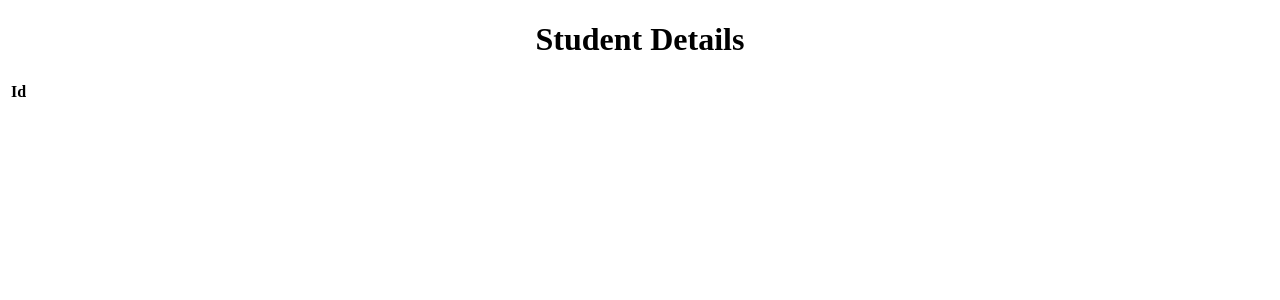
Repository: Chintan-elite/Java_Shail
Page: Learning_web/src/main/webapp/Table.html
These files come from the project's save history. The page is drawn as it stood at one moment and after the next save; the edit follows.
The browser window is 1280 px wide. The pictures show the whole page.

Above is the page before, as saved 2023-09-08 12:25:34.

After the next save:
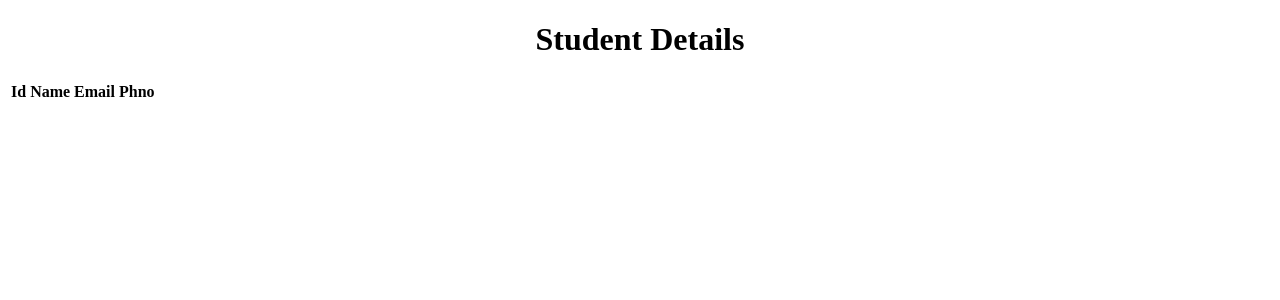
Saved 20 s later.
--- a/Learning_web/src/main/webapp/Table.html
+++ b/Learning_web/src/main/webapp/Table.html
@@ -10,6 +10,9 @@
 		<table>
 		<tr>
 		<th>Id</th>
+		<th>Name</th>
+		<th>Email</th>
+		<th>Phno</th>
 		</tr>
 
 
